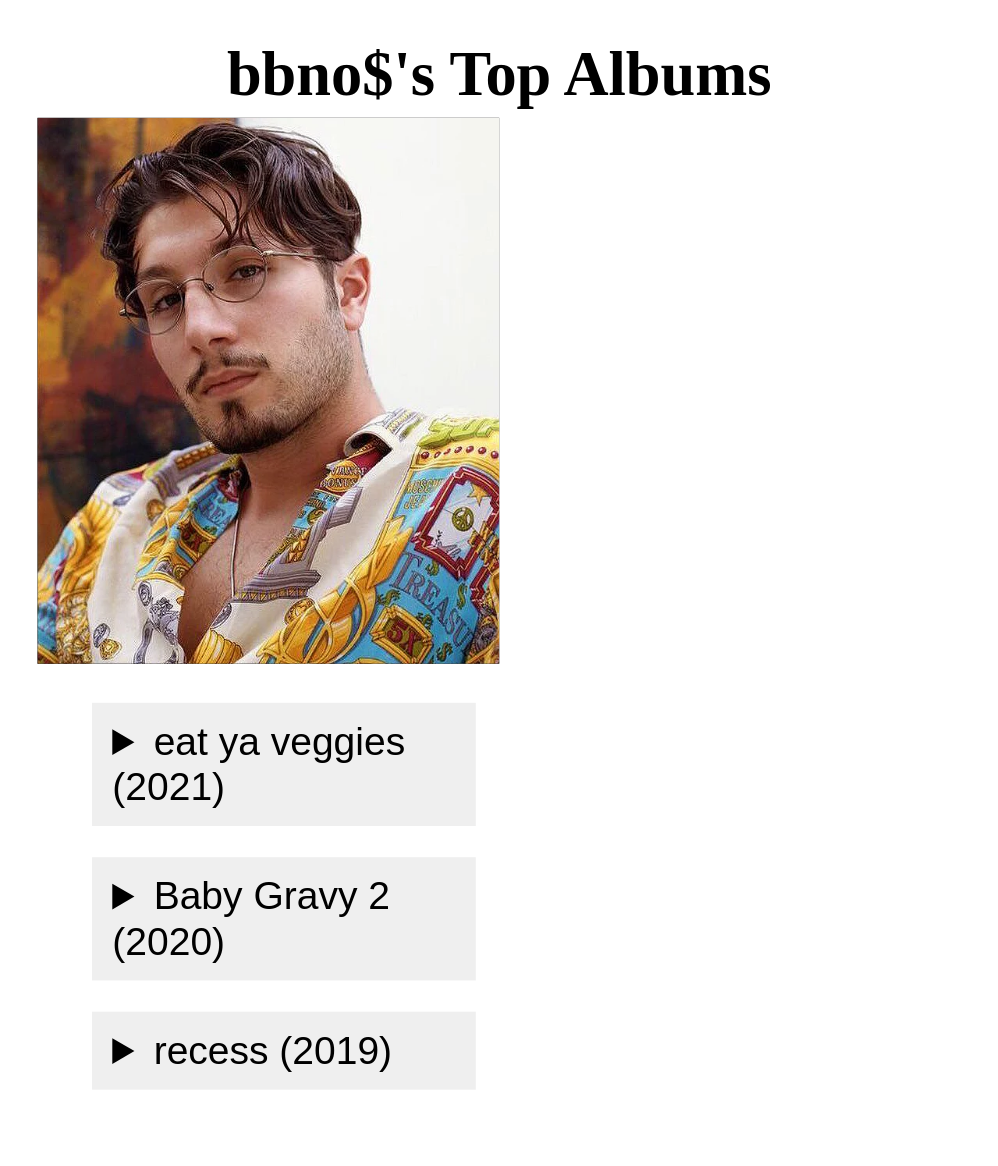
Repository: Jennica1/Lab1
Page: /
An editor plug-in stored every save of this project. The page is shown before and after a run of saves, followed by the edit.
The browser window is 1280 px wide. The pictures show the whole page, at 78% of full size.
The project was rebuilt for these pictures with package versions that can differ from the ones it lists, and the page was loaded fresh each time. Also part of the build but not shown: vite.config.js.

Above is the page before, as saved 2024-09-09 18:46:59.

### index.html
<!doctype html>
<html lang="en">
  <head>
    <meta charset="UTF-8" />
    <link rel="icon" type="image/svg+xml" href="/vite.svg" />
    <meta name="viewport" content="width=device-width, initial-scale=1.0" />
    <title>Top bbno$ Albums</title>
  </head>
  <body>
    <div id="root"></div>
    <script type="module" src="/src/main.jsx"></script>
  </body>
</html>

### src/App.jsx
import { useState } from 'react'
import reactLogo from './assets/react.svg'
import viteLogo from '/vite.svg'

import './App.css'

function App() {

  return (
    <>

      <body className='main'>
      <header className='header'>
        <h1 className='title'>bbno$'s Top Albums</h1>
      </header>
        <div className='split left'>
          <img src="/images/bbno$_profile.webp" alt='bbno$' />
        </div>
        <div className='split right'>

          <div className='albums'>
            <button>
          <details>
            <summary>eat ya veggies (2021)</summary>
            <p>edamame (ft. Rich Brian)</p>
            <p>big boss baby</p>
            <p>2 time zones</p>
          </details>
          </button>
<button>
          <details>
            <summary>Baby Gravy 2 (2020)</summary>
            <p>Welcome to Chillis</p>
            <p>Cadbury Creme</p>
            <p>Shining on my ex</p>
          </details>
</button>
<button>
          <details>
            <summary>recess (2019)</summary>
            <p>nursery</p>
            <p>bunk</p>
            <p>chess</p>
          </details>
          </button>
          </div>
        </div>
      </body>


    </>
  )
}

export default App

### src/index.css
summary {
    font-size: 50px;
    text-align: left;
    margin: 20px;
}

button {
    margin: 20px;
    border-style: none;
}

p {
    font-size: 20px;
}

img {
    object-fit: fill;
}

### src/App.css
#root {
  max-width: 1280px;
  margin: 0 auto;
  padding: 2rem;
}

.header {
  font-size: 40px;

}

.title {
  margin: 10px;
  display: flex;
  justify-content: center;
}

.albums {
 margin: 30px;
 display: flex;
 flex-direction: column;
}

.split {

height: 100%;
width: 50%;
overflow-x: hidden;
display: flex;
}

.left {
  left: 0;
  background-color: #111;
}

.right {
  padding-left: 20px;
  right: 0;

}

Loaded but not shown: src/main.jsx (common file)

After the next 2 saves:
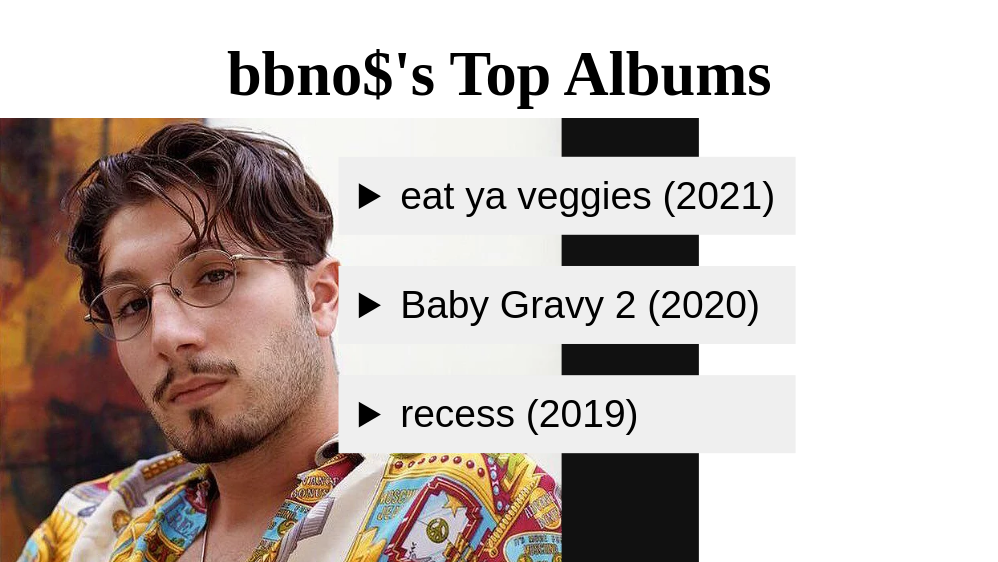
The 2 saves are shown as one change because they came seconds apart.
The last was saved 7 s later.
--- a/src/App.css
+++ b/src/App.css
@@ -22,9 +22,9 @@
 }
 
 .split {
-
+position: fixed;
 height: 100%;
-width: 50%;
+width: 70%;
 overflow-x: hidden;
 display: flex;
 }
